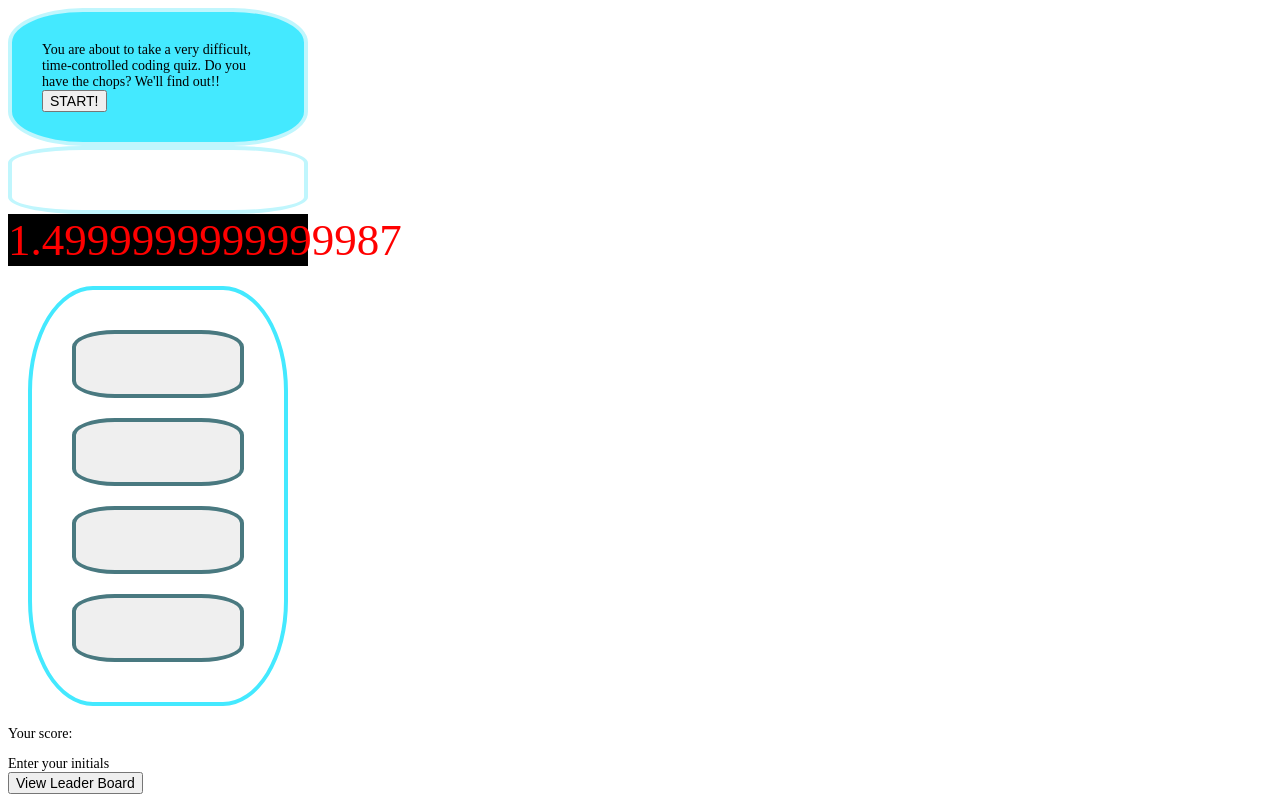
Repository: stuart-rickard/coding-quiz
Page: index.html
The author's editor kept a copy of each file at every save. The page is drawn from the files as they stood at one save, then again after the next save.
The browser window is 1280 px wide. The pictures show the whole page.
After loading, the first visible `#starter-button` was clicked once.

Above is the page before, as saved 2021-11-23 04:00:35.

After the next save:
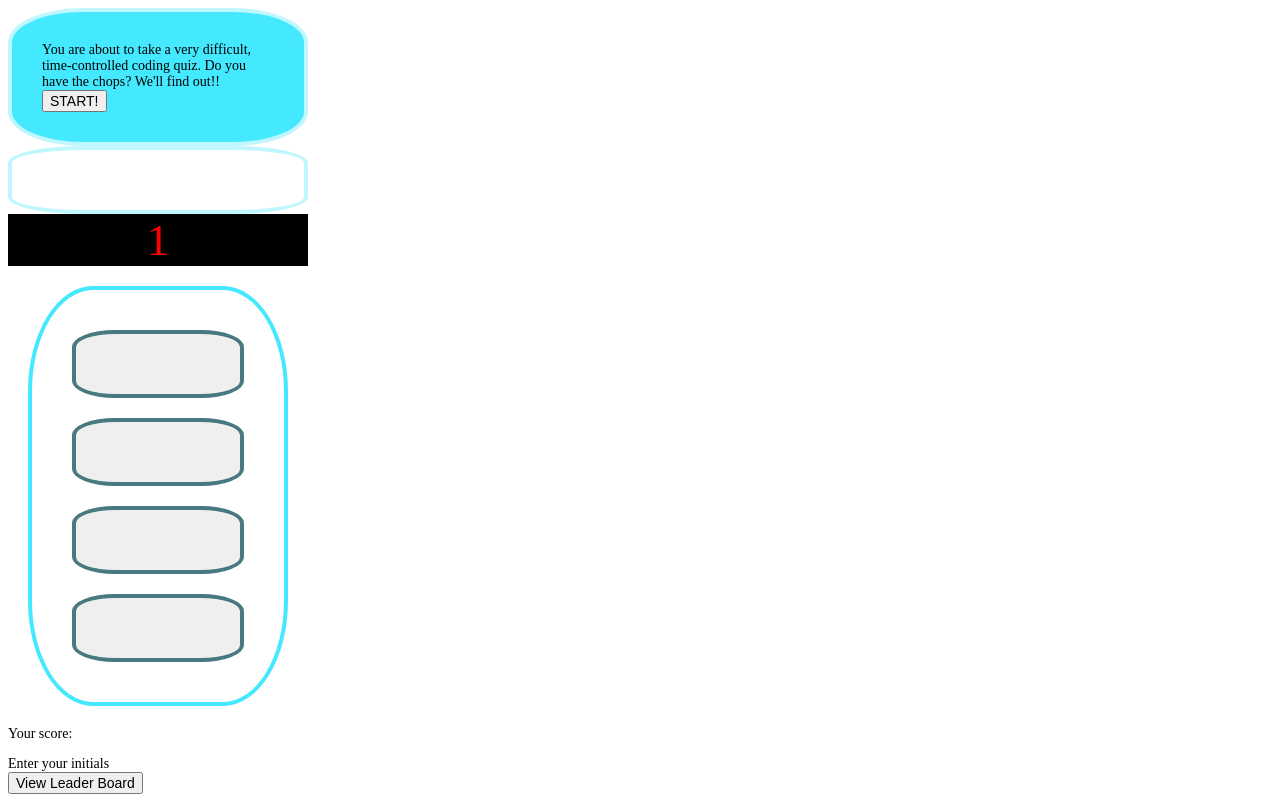
Saved 4 min 49 s later.
--- a/assets/js/script.js
+++ b/assets/js/script.js
@@ -16,7 +16,7 @@
     var decreaseTimerVariable = function() {
         timer = timer-0.1;
         console.log(timer);
-        var timerString = timer.toString();
+        var timerString = timer.toPrecision(1);
         if (timer <= 0) {
             clearInterval(timerDecrement);
         }
